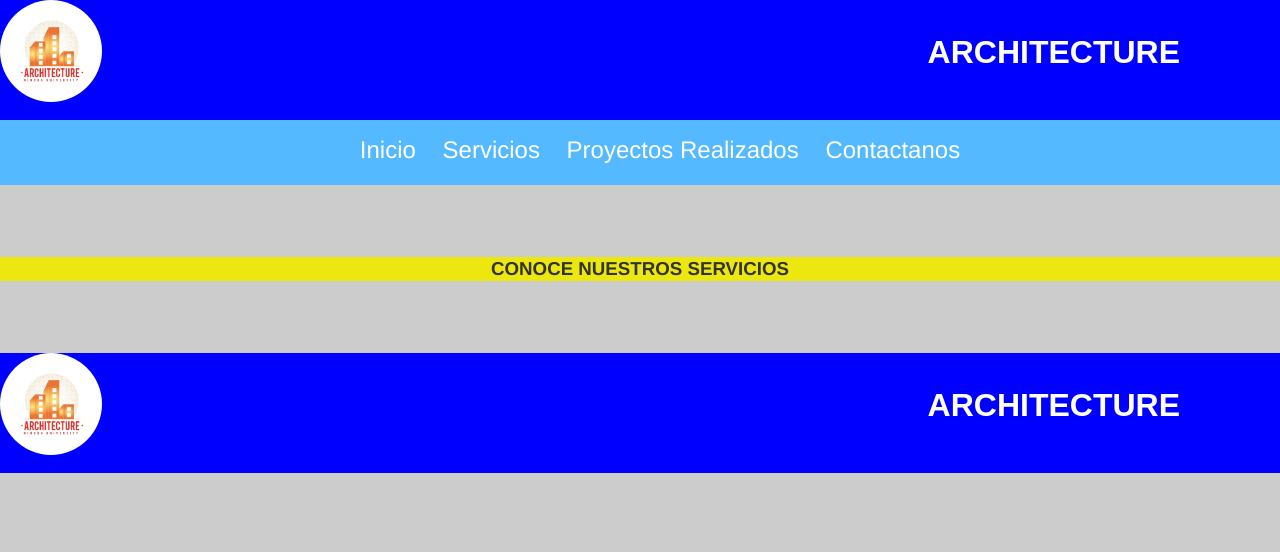
Repository: gabrielestrella18/htdocs
Page: http://localhost/arquitectos/servicios.php
The author's editor kept a copy of each file at every save. The page is drawn from the files as they stood at one save, then again after the next save.
The browser window is 1280 px wide. The pictures show the whole page.
The page is run by PHP 8.4 with error messages shown; the project is at /var/www/html/.

Above is the page before, as saved 2023-12-07 15:35:39.

### arquitectos/servicios.php
<!DOCTYPE html>
<html lang="en">
  <head>
    <title></title>
    <meta charset="UTF-8">
    <meta name="viewport" content="width=device-width, initial-scale=1">
    <link href="estilo.css" rel="stylesheet">
  </head>
  <body>

<div class="azul">
  <img  class="lg"src="imagenes/arch.jpg" alt="">

  <h1>ARCHITECTURE</h1>
</div>

<div class="menu">
<div class="menuOpciones">
            <a href="#" target="_blank">Inicio</a>
            <a href="#" target="_blank">Servicios</a>
            <a href="#" target="_blank">Proyectos Realizados</a>
            <a href="#" target="_blank">Contactanos</a>
            </div>
            </div>
            <br><br><br>

<div class="ser">
<h3 class="serv">CONOCE NUESTROS SERVICIOS</h3>
</div>
<br> <br> <br>



<div class="azul">
  <img  class="lg"src="imagenes/arch.jpg" alt="">

  <h1>ARCHITECTURE</h1>
</div>


  </body>
</html>

### arquitectos/estilo.css
* {
    box-sizing: border-box;
    margin: 0;
    padding: 0;
}

body {
    font-family: helvetica;
    font-size: 16px;
    line-height: 24px;
    color: #333;
    background-color: #cccccc;
    max-width: 1400px;
}

.azul {
    background-color: blue;
    padding-bottom: 120px;
}

.lg {
    float: left;
    width: 8%;
    height: 8%;
    border-radius: 80px;
}

h1 {
    color: white;
    float: right;
    font-family: sans-serif;
    text-align: end;
    padding-top: 40px;
    padding-right: 100px;
}

.menu {
    border: 1px #54b9ff solid;
    background-color: #54b9ff;
    height: 65px;
}

.menuOpciones {
    padding-top: 12px;
    text-align: center;
    margin-top: 5px;
    padding-left: 40px;
    font-size: x-large;
}

.menuOpciones a {
    text-decoration: none;
    color: white;
    padding: 10px;
}

.menuOpciones a:hover {
    color: #9c2222;
}

.contenedor_fondo {
    width: 1350px;
    height: 600px;
    margin: auto;
    background-image: url(imagenes/fondoarq.jpg);
    background-repeat: no-repeat;
    background-size: cover;
}

.textofoto {
    /* width: 600px; */
    color: rgb(7, 2, 2);
    margin: auto;
    text-align: center;
    line-height: 35px;
    padding-top: 200px;
}

.botoncito {
    text-align: center;
}

.boton1 {
    color: #ece80f;
    background-color: #ce1111;
    padding-top: 20px;
    padding-bottom: 20px;
    padding-left: 10px;
    padding-right: 10px;
    border-radius: 20px;
}

h3 {
    text-align: center;
}

.ser {
    background-color: #ece80f;
}

After the next save:
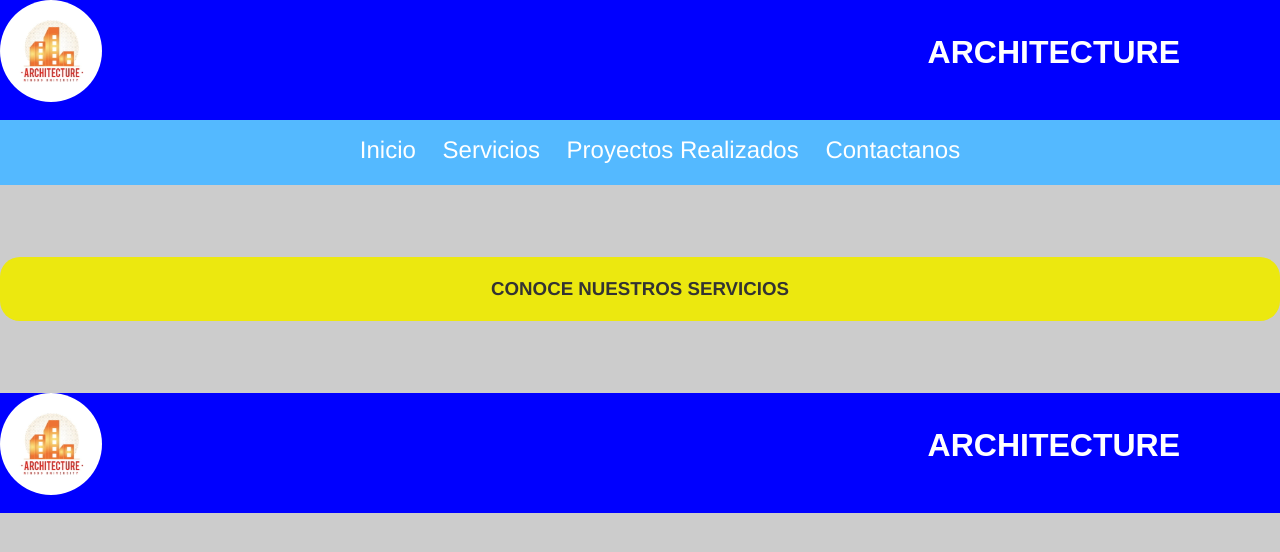
Saved 21 s later.
--- a/arquitectos/estilo.css
+++ b/arquitectos/estilo.css
@@ -96,4 +96,9 @@
 
 .ser {
     background-color: #ece80f;
+    padding-top: 20px;
+    padding-bottom: 20px;
+    padding-left: 10px;
+    padding-right: 10px;
+    border-radius: 20px;
 }

After the 5 saves that followed:
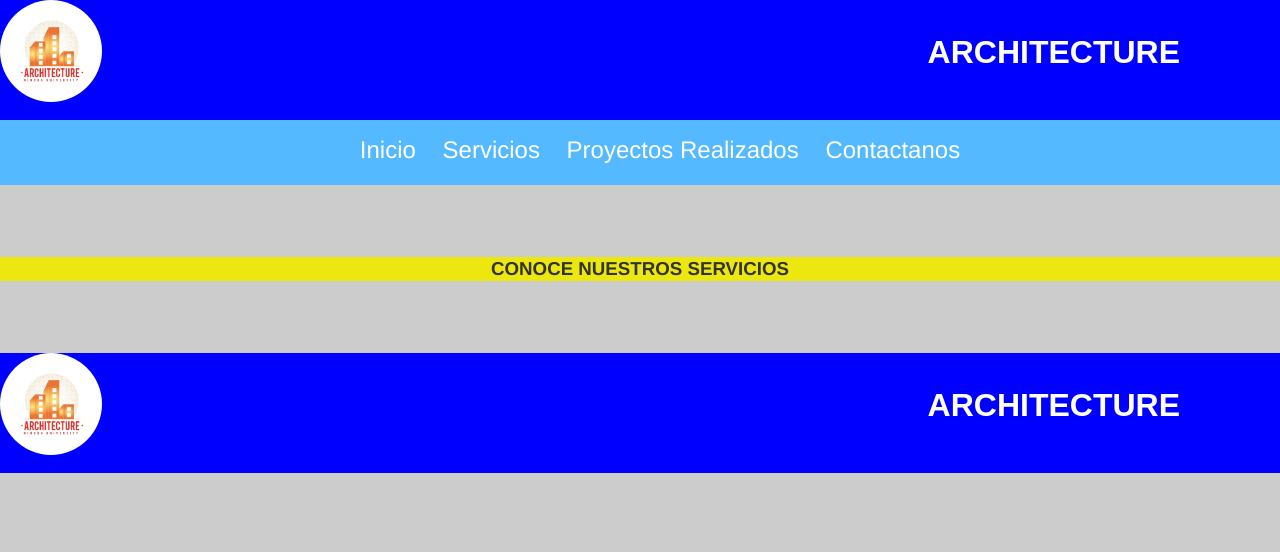
The 5 saves are shown as one change because 4 left the picture as it was.
The last was saved 7 min 46 s later.
--- a/arquitectos/estilo.css
+++ b/arquitectos/estilo.css
@@ -92,13 +92,13 @@
 
 h3 {
     text-align: center;
+    background-color: #ece80f;
 }
 
-.ser {
+
+/* .ser {
     background-color: #ece80f;
     padding-top: 20px;
     padding-bottom: 20px;
-    padding-left: 10px;
-    padding-right: 10px;
     border-radius: 20px;
-}
+} */
